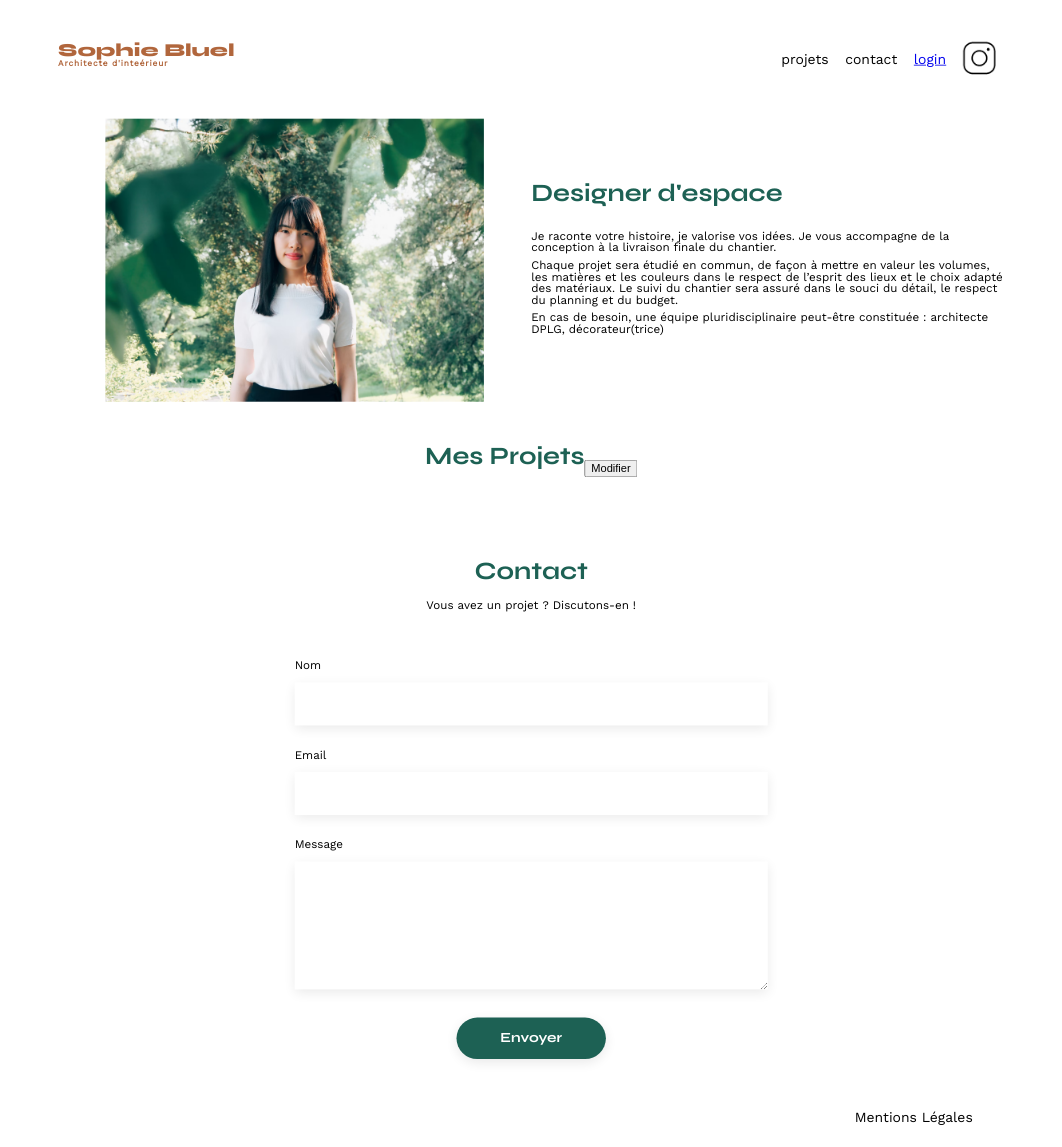
Repository: ByteVoyageur/OC-P6
Page: FrontEnd/index.html
An editor plug-in stored every save of this project. The page is shown before and after the next save, followed by the edit.
The browser window is 1280 px wide. The pictures show the whole page, at 83% of full size.
The page's requests for data from a server got no answer.

Above is the page before, as saved 2023-10-18 20:34:44.
Console error: TypeError: Cannot read properties of null (reading 'addEventListener')

### FrontEnd/index.html
<!DOCTYPE html>
<html lang="fr">

<head>
	<meta charset="UTF-8">
	<title>Sophie Bluel - Architecte d'intérieur</title>
	<meta name="viewport" content="width=device-width, initial-scale=1.0">
	<link rel="preconnect" href="https://fonts.googleapis.com">
	<link rel="preconnect" href="https://fonts.gstatic.com" crossorigin>
	<link href="https://fonts.googleapis.com/css2?family=Syne:wght@700;800&family=Work+Sans&display=swap"
		rel="stylesheet">
	<link rel="stylesheet" href="https://cdnjs.cloudflare.com/ajax/libs/font-awesome/5.15.4/css/all.min.css">

	<meta name="description" content="">
	<link rel="stylesheet" href="/FrontEnd/assets/css/style.css">
	<script src="./assets/js/gallery.js" defer></script>
	<script src="./assets/js/login.js" defer></script>
</head>

<body>
	<header>
		<h1>Sophie Bluel <span>Architecte d'inteérieur</span></h1>
		<nav>
			<ul>
				<li>projets</li>
				<li>contact</li>
				<li><a href="login.html">login</a></li>

				<li><img src="./assets/icons/instagram.png" alt="Instagram"></li>
			</ul>
		</nav>
	</header>
	<main>
		<section id="introduction">
			<figure>
				<img src="./assets/images/sophie-bluel.png" alt="">
			</figure>
			<article>
				<h2>Designer d'espace</h2>
				<p>Je raconte votre histoire, je valorise vos idées. Je vous accompagne de la conception à la livraison
					finale du chantier.</p>
				<p>Chaque projet sera étudié en commun, de façon à mettre en valeur les volumes, les matières et les
					couleurs dans le respect de l’esprit des lieux et le choix adapté des matériaux. Le suivi du
					chantier sera assuré dans le souci du détail, le respect du planning et du budget.</p>
				<p>En cas de besoin, une équipe pluridisciplinaire peut-être constituée : architecte DPLG,
					décorateur(trice)</p>
			</article>
		</section>
		<section id="portfolio">
			<div id="portfolio-header">
				<h2>Mes Projets</h2>
				<i class="fa-regular fa-pen-to-square"></i>
				<button id="editGalleryButton">Modifier</button>
			</div>

			<div id="category-buttons">
			</div>
			<div class="gallery">
			</div>
		</section>
		<section id="contact">
			<h2>Contact</h2>
			<p>Vous avez un projet ? Discutons-en !</p>
			<form action="#" method="post">
				<label for="name">Nom</label>
				<input type="text" name="name" id="name">
				<label for="email">Email</label>
				<input type="email" name="email" id="email">
				<label for="message">Message</label>
				<textarea name="message" id="message" cols="30" rows="10"></textarea>
				<input type="submit" value="Envoyer">
			</form>
		</section>
	</main>

	<footer>
		<nav>
			<ul>
				<li>Mentions Légales</li>
			</ul>
		</nav>
	</footer>
</body>

</html>

### FrontEnd/assets/css/style.css
/* http://meyerweb.com/eric/tools/css/reset/
   v2.0 | 20110126
   License: none (public domain)
*/

html,
body,
div,
span,
applet,
object,
iframe,
h1,
h2,
h3,
h4,
h5,
h6,
p,
blockquote,
pre,
a,
abbr,
acronym,
address,
big,
cite,
code,
del,
dfn,
em,
img,
ins,
kbd,
q,
s,
samp,
small,
strike,
strong,
sub,
sup,
tt,
var,
b,
u,
i,
center,
dl,
dt,
dd,
ol,
ul,
li,
fieldset,
form,
label,
legend,
table,
caption,
tbody,
tfoot,
thead,
tr,
th,
td,
article,
aside,
canvas,
details,
embed,
figure,
figcaption,
footer,
header,
hgroup,
menu,
nav,
output,
ruby,
section,
summary,
time,
mark,
audio,
video {
  margin: 0;
  padding: 0;
  border: 0;
  font-size: 100%;
  font: inherit;
  vertical-align: baseline;
}
/* HTML5 display-role reset for older browsers */
article,
aside,
details,
figcaption,
figure,
footer,
header,
hgroup,
menu,
nav,
section {
  display: block;
}
body {
  line-height: 1;
}
ol,
ul {
  list-style: none;
}
blockquote,
q {
  quotes: none;
}
blockquote:before,
blockquote:after,
q:before,
q:after {
  content: '';
  content: none;
}
table {
  border-collapse: collapse;
  border-spacing: 0;
}
/** end reset css**/
body {
  max-width: 1140px;
  margin: auto;
  font-family: 'Work Sans';
  font-size: 14px;
}
header {
  display: flex;
  justify-content: space-between;
  margin: 50px 0;
}
section {
  margin: 50px 0;
}

h1 {
  display: flex;
  flex-direction: column;
  font-family: 'Syne';
  font-size: 22px;
  font-weight: 800;
  color: #b1663c;
}

h1 > span {
  font-family: 'Work Sans';
  font-size: 10px;
  letter-spacing: 0.1em;
}

h2 {
  font-family: 'Syne';
  font-weight: 700;
  font-size: 30px;
  color: #1d6154;
}
nav ul {
  display: flex;
  align-items: center;
  list-style-type: none;
}
nav li {
  padding: 0 10px;
  font-size: 1.2em;
}

li:hover {
  color: #b1663c;
}
#introduction {
  display: flex;
  align-items: center;
}
#introduction figure {
  flex: 1;
}
#introduction img {
  display: block;
  margin: auto;
  width: 80%;
}

#introduction article {
  flex: 1;
}
#introduction h2 {
  margin-bottom: 1em;
}

#introduction p {
  margin-bottom: 0.5em;
}
#portfolio-header {
  display: flex;
  align-items: center;
  justify-content: center;
}
#portfolio h2 {
  text-align: center;
  margin-bottom: 1em;
}
#editGallery {
  display: none;
}

#category-buttons {
  display: flex;
  justify-content: center;
  margin-bottom: 2em;
  gap: 15px;
}

#category-buttons button {
  padding: 10px 20px;
  border: 1px solid #1d6154;
  border-radius: 20px;
  background-color: transparent;
  cursor: pointer;
  transition: background-color 0.3s ease;
  color: #1d6154;
}

#category-buttons button:hover {
  background-color: #1d6154;
  color: white;
}

#category-buttons button.active {
  background-color: #1d6154;
  color: white;
}

.gallery {
  width: 100%;
  display: grid;
  grid-template-columns: 1fr 1fr 1fr;
  grid-column-gap: 20px;
  grid-row-gap: 20px;
}

.gallery img {
  width: 100%;
}

#contact {
  width: 50%;
  margin: auto;
}

#contact > * {
  text-align: center;
}

#contact h2 {
  margin-bottom: 20px;
}

#contact form {
  text-align: left;
  margin-top: 30px;
  display: flex;
  flex-direction: column;
}

#contact input,
#contact textarea {
  border: none;
  box-shadow: 0px 4px 14px rgba(0, 0, 0, 0.09);
}

#contact input {
  height: 50px;
  font-size: 1.2em;
}

#contact label {
  margin: 2em 0 1em 0;
}

input[type='submit'] {
  font-family: 'Syne';
  font-weight: 700;
  color: white;
  background-color: #1d6154;
  margin: 2em auto;
  width: 180px;
  text-align: center;
  border-radius: 60px;
}

footer nav ul {
  display: flex;
  justify-content: flex-end;
  margin: 2em;
}

### FrontEnd/assets/js/gallery.js
document.addEventListener('DOMContentLoaded', function () {
  let categoryMap = {}
  const categoryButtonsDiv = document.getElementById('category-buttons')
  const apiEndpoint = 'http://localhost:5678/api/works'
  let data

  // Fetch category data from the API and dynamically create category buttons
  fetch('http://localhost:5678/api/categories')
    .then((response) => response.json())
    .then((categories) => {
      categoryMap['tous'] = null // Add the "Tous" category
      categories.forEach((category) => {
        categoryMap[category.name.toLowerCase()] = category.id
      })

      // Add "Tous" category to the beginning of the categories list
      categories.unshift({ name: 'Tous' })

      categories.forEach((category) => {
        let button = document.createElement('button')
        button.textContent = category.name
        button.setAttribute('data-category', category.name.toLowerCase())
        categoryButtonsDiv.appendChild(button)
      })

      // Fetch the works data
      return fetch(apiEndpoint)
    })
    .then((response) => response.json())
    .then((fetchedData) => {
      data = fetchedData
      displayData(data)

      const buttons = document.querySelectorAll('#category-buttons button')
      buttons.forEach((button) => {
        button.addEventListener('click', () => {
          const category = button.getAttribute('data-category')
          const filtered =
            category === 'tous'
              ? data
              : data.filter((item) => item.categoryId === categoryMap[category])
          displayData(filtered)
        })
      })
    })
    .catch((error) => {
      console.error('Error fetching data:', error)
    })

  function displayData(filteredData) {
    const galleryDiv = document.querySelector('.gallery')
    galleryDiv.innerHTML = ''
    filteredData.forEach((item) => {
      let figure = document.createElement('figure')

      let img = document.createElement('img')
      img.src = item.imageUrl
      img.alt = item.title

      let figcaption = document.createElement('figcaption')
      figcaption.textContent = item.title

      figure.appendChild(img)
      figure.appendChild(figcaption)

      galleryDiv.appendChild(figure)
    })
  }
})

### FrontEnd/assets/js/login.js
document.addEventListener('DOMContentLoaded', function () {
  const loginForm = document.getElementById('login-page-form')

  loginForm.addEventListener('submit', function (event) {
    // Prevent the default form submission behavior
    event.preventDefault()

    // Get user input values
    const email = document.getElementById('user-email').value
    const password = document.getElementById('user-password').value

    // Construct the request payload
    const requestData = {
      email: email,
      password: password,
    }

    // Make the API call to login the user
    fetch('http://localhost:5678/api/users/login', {
      method: 'POST',
      headers: {
        'Content-Type': 'application/json',
        Accept: 'application/json',
      },
      body: JSON.stringify(requestData),
    })
      .then((response) => response.json())
      .then((data) => {
        if (data.token) {
          console.log('Logged in successfully', data.token)
          localStorage.setItem('token', data.token)
          window.location.href = 'index.html'
        } else {
          console.error('Login error', data)
          alert(
            data.message || "Une erreur s'est produite lors de la connexion."
          )
        }
      })
      .catch((error) => {
        // Handle any other errors
        console.error('Error during login', error)
      })
  })

  const forgotPasswordLink = document.getElementById('forgot-password-link')
  forgotPasswordLink.addEventListener('click', function () {
    console.log('Forgot password link clicked')
  })
})

After the next save:
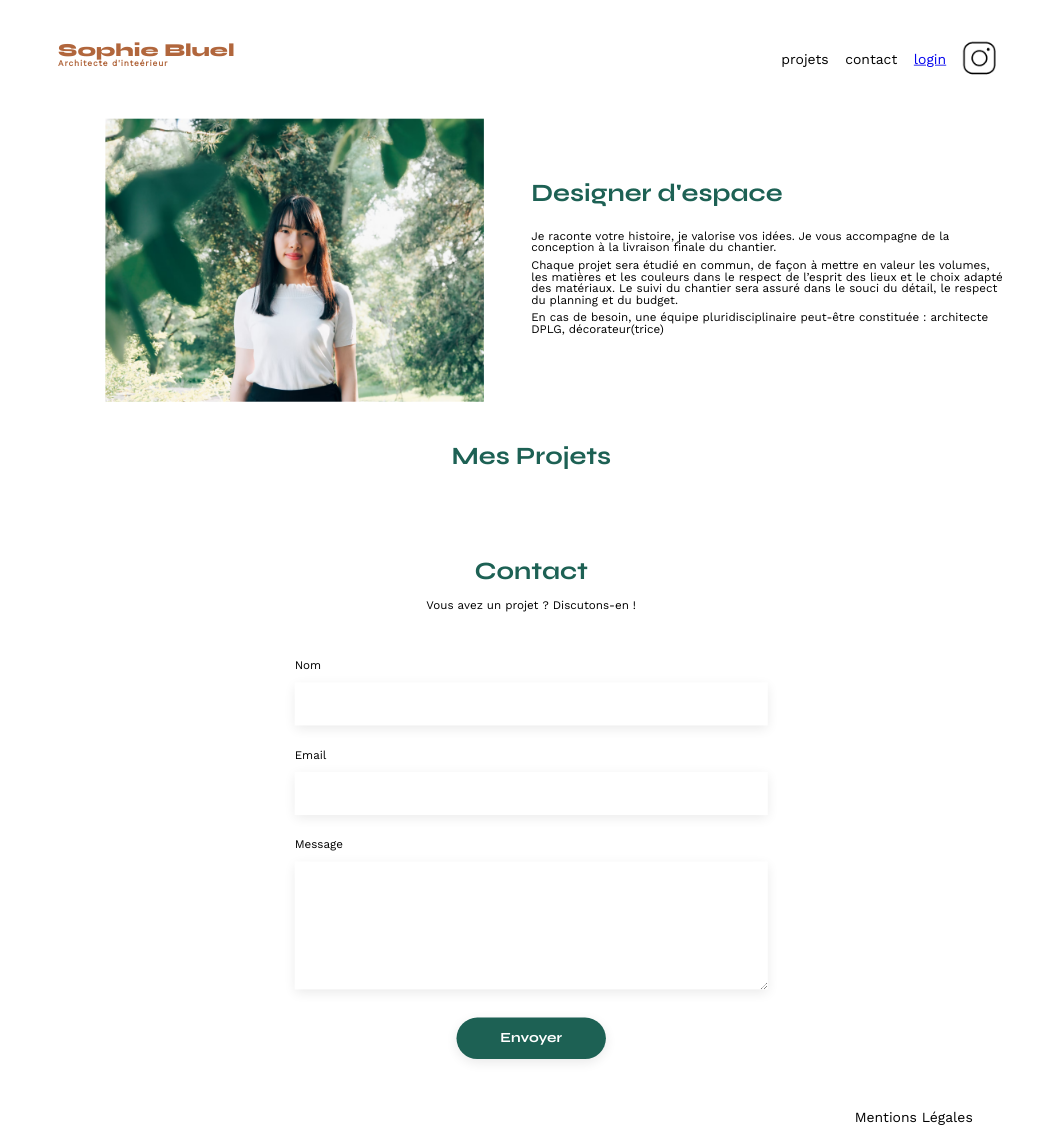
Saved 63 s later.
--- a/FrontEnd/assets/css/style.css
+++ b/FrontEnd/assets/css/style.css
@@ -209,7 +209,7 @@ li:hover {
   text-align: center;
   margin-bottom: 1em;
 }
-#editGallery {
+#editGalleryButton {
   display: none;
 }
 
